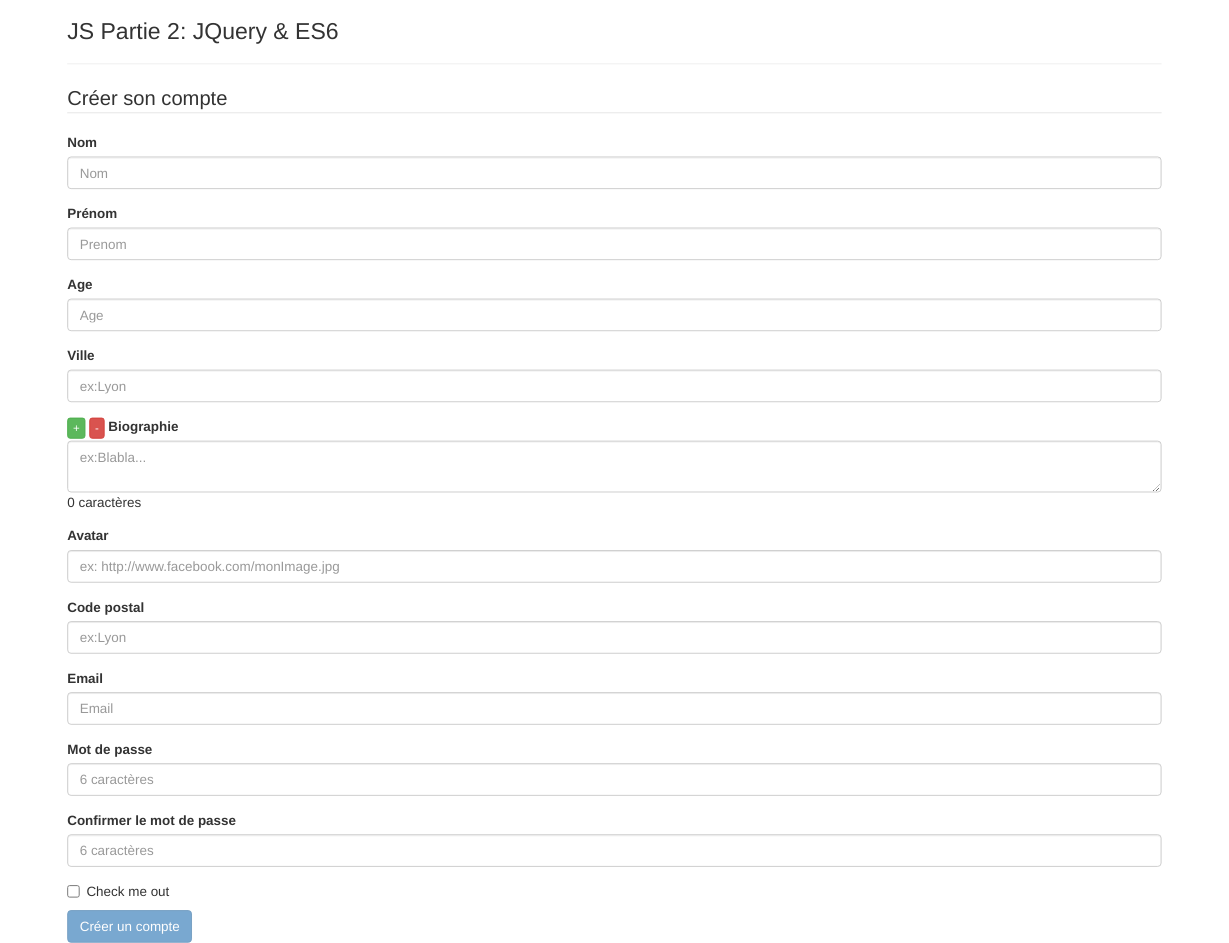
Repository: Symfomany/WildJQueryForm
Page: index.html
An editor plug-in stored every save of this project. The page is shown before and after the next save, followed by the edit.
The browser window is 1280 px wide. The pictures show the whole page, at 96% of full size.

Above is the page before, as saved 2017-03-06 07:02:23.

After the next save:
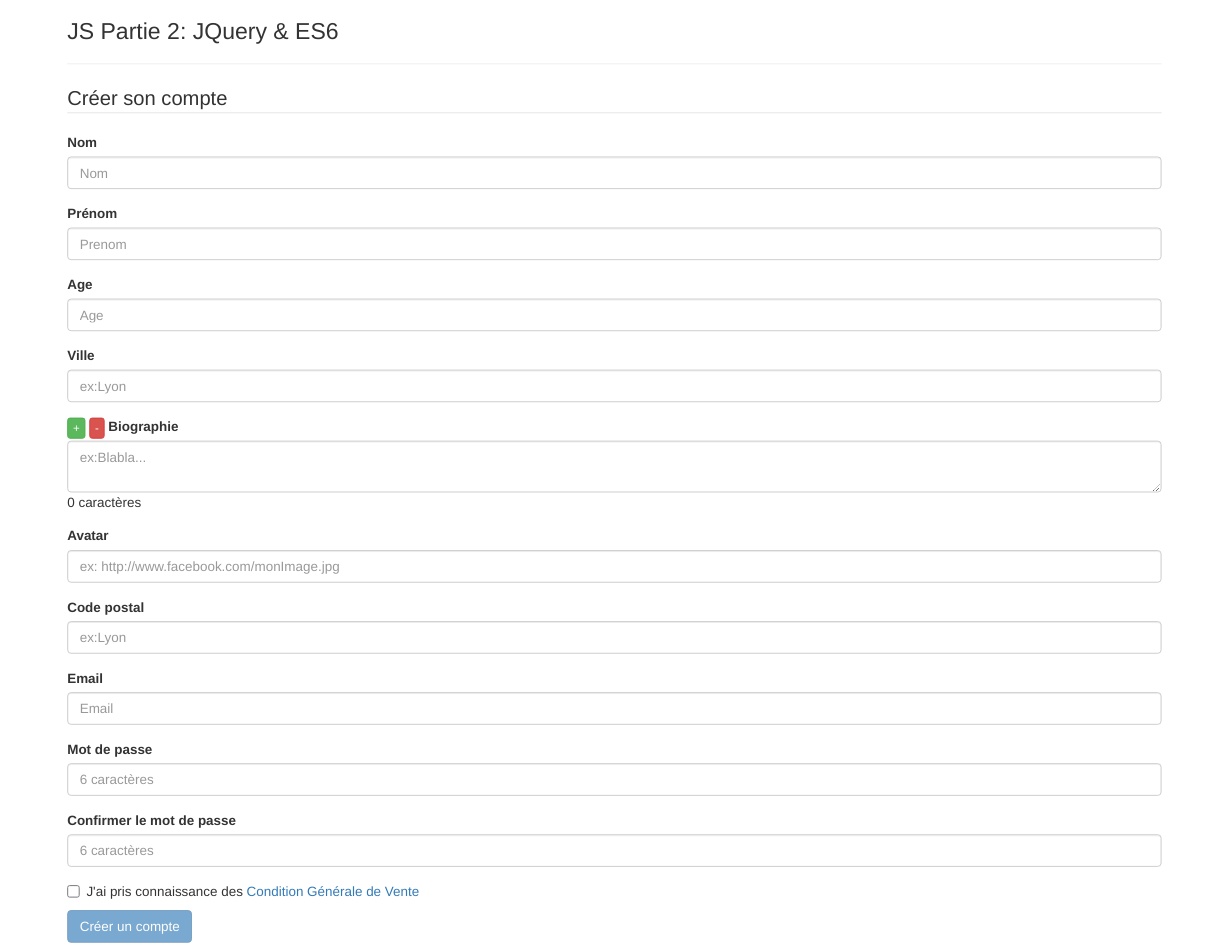
Saved 20 s later.
--- a/index.html
+++ b/index.html
@@ -79,8 +79,8 @@
 
             <div class="checkbox">
                 <label>
-      <input type="checkbox"> Check me out
-    </label>
+                    <input type="checkbox"> J'ai pris connaissance des <a>Condition Générale de Vente</a>
+                </label>
             </div>
             <button disabled type="submit" class="btn btn-primary">Créer un compte</button>
         </form>
